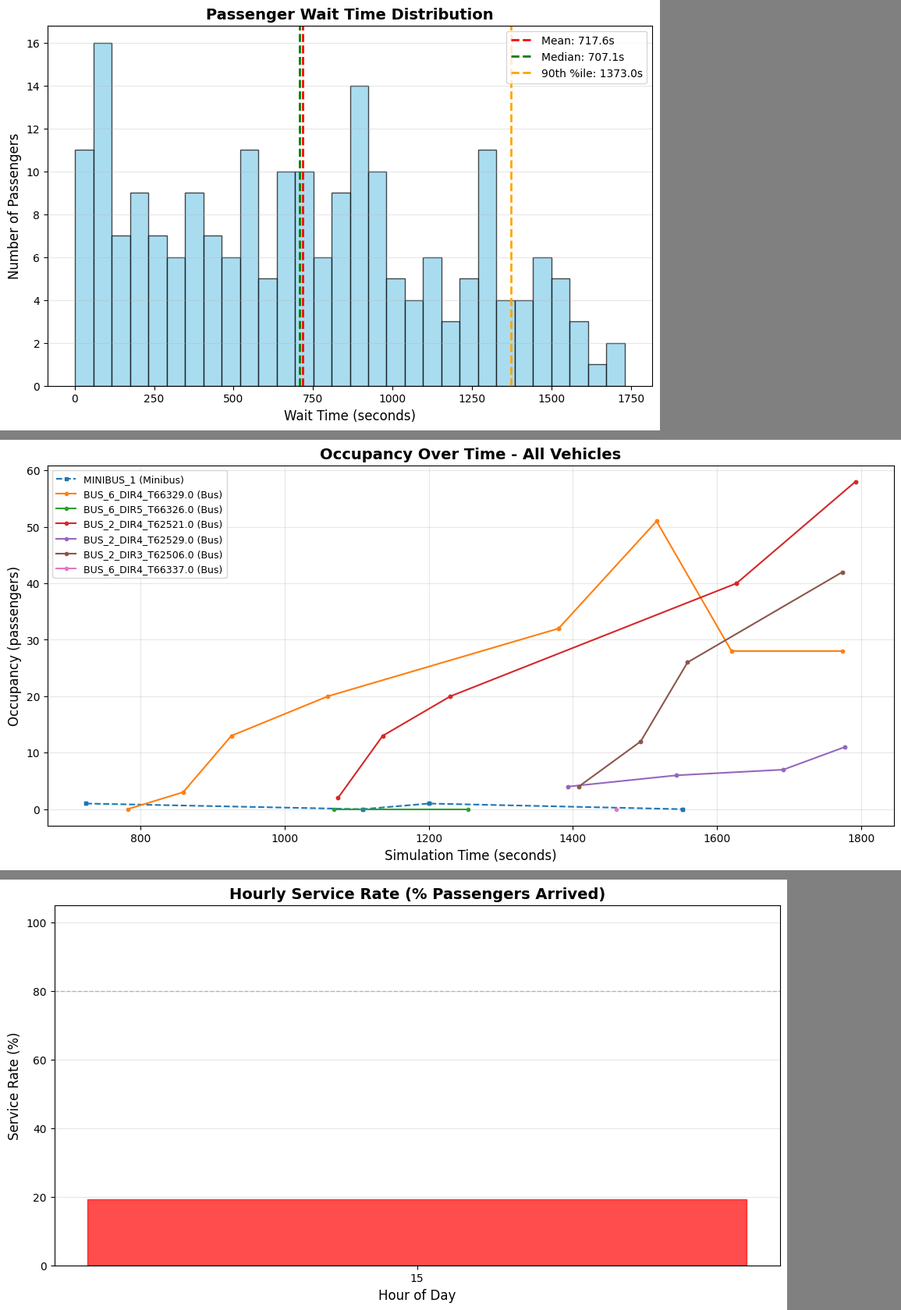
Repository: Jingren-Tang/Minibus_simulation
Script's output: python main.py
An editor plug-in stored every save of this project. The script's output is shown before and after the next save, followed by the edit.
The pictures are shown at 78% of full size.
Each picture stacks the figures in order, with grey between them; figures that are only written to a file come last. Random numbers start from a fixed seed. It also reads data/od_matrix.npy, data/travel_time_matrix.npy.

Above is the script's output before, as saved 2025-12-22 21:30:13.

### main.py
"""
Traffic Simulation System - Main Entry Point

This module serves as the main entry point for the traffic simulation system.
It handles configuration loading, engine initialization, and simulation execution.
"""

import sys
import logging
import argparse
from datetime import datetime, timedelta
import time
import os

from simulation.engine import SimulationEngine
import config


def setup_logging(log_level=None, log_file=None):
    """
    Configure the logging system with both file and console handlers.

    Args:
        log_level: Override log level from config
        log_file: Override log file path from config
    """
    level = log_level or config.LOG_LEVEL
    file_path = log_file or config.LOG_FILE

    # Create formatters
    formatter = logging.Formatter(
        '[%(asctime)s] [%(levelname)s] [%(name)s] - %(message)s',
        datefmt='%Y-%m-%d %H:%M:%S'
    )

    # Configure root logger
    logger = logging.getLogger()
    logger.setLevel(level)

    # Remove existing handlers
    logger.handlers = []

    # Console handler
    console_handler = logging.StreamHandler(sys.stdout)
    console_handler.setFormatter(formatter)
    logger.addHandler(console_handler)

    # File handler
    try:
        file_handler = logging.FileHandler(file_path, mode='a', encoding='utf-8')
        file_handler.setFormatter(formatter)
        logger.addHandler(file_handler)
    except Exception as e:
        logger.warning(f"Failed to create log file handler: {e}")


def parse_arguments():
    """
    Parse command line arguments.

    Returns:
        argparse.Namespace: Parsed arguments
    """
    parser = argparse.ArgumentParser(
        description='Traffic Simulation System',
        formatter_class=argparse.RawDescriptionHelpFormatter
    )

    parser.add_argument(
        '--config',
        type=str,
        help='Path to configuration file (optional, defaults to config.py)'
    )

    parser.add_argument(
        '--output-dir',
        type=str,
        help='Output directory for simulation results (overrides config)'
    )

    parser.add_argument(
        '--log-level',
        type=str,
        choices=['DEBUG', 'INFO', 'WARNING', 'ERROR', 'CRITICAL'],
        help='Logging level (overrides config)'
    )

    parser.add_argument(
        '--start-time',
        type=str,
        help='Simulation start time in format HH:MM:SS (overrides config)'
    )

    parser.add_argument(
        '--end-time',
        type=str,
        help='Simulation end time in format HH:MM:SS (overrides config)'
    )

    parser.add_argument(
        '--date',
        type=str,
        help='Simulation date in format YYYY-MM-DD (overrides config)'
    )

    return parser.parse_args()


def build_config_dict(cmd_overrides):
    """
    Build configuration dictionary from config module and command line overrides.

    Args:
        cmd_overrides: Dictionary containing command line parameter overrides

    Returns:
        dict: Complete configuration dictionary
    """
    # Start with the configuration from config.py
    config_dict = config.get_config()

    # Apply command line overrides
    if 'output_dir' in cmd_overrides:
        config_dict['output_dir'] = cmd_overrides['output_dir']

    if 'start_time' in cmd_overrides:
        config_dict['simulation_start_time'] = cmd_overrides['start_time']

    if 'end_time' in cmd_overrides:
        config_dict['simulation_end_time'] = cmd_overrides['end_time']

    if 'date' in cmd_overrides:
        config_dict['simulation_date'] = cmd_overrides['date']

    return config_dict


def validate_config(config_dict):
    """
    Validate the simulation configuration.

    Args:
        config_dict: Configuration dictionary

    Returns:
        bool: True if valid, False otherwise
    """
    logger = logging.getLogger(__name__)

    # Check required fields
    required_fields = ['simulation_start_time', 'simulation_end_time', 'simulation_date']
    for field in required_fields:
        if field not in config_dict:
            logger.error(f"Missing required configuration field: {field}")
            return False

    # Validate time range
    start_time_str = config_dict['simulation_start_time']
    end_time_str = config_dict['simulation_end_time']
    date_str = config_dict['simulation_date']

    try:
        # Parse times
        start_time = datetime.strptime(f"{date_str} {start_time_str}", '%Y-%m-%d %H:%M:%S')
        end_time = datetime.strptime(f"{date_str} {end_time_str}", '%Y-%m-%d %H:%M:%S')

        if start_time >= end_time:
            logger.error("Start time must be before end time")
            return False
    except ValueError as e:
        logger.error(f"Invalid time format: {e}")
        return False

    # Run config module validation
    if not config.validate_config():
        logger.error("Configuration validation failed")
        return False

    return True


def print_welcome():
    """Print welcome banner."""
    print("=" * 60)
    print("    Traffic Simulation System")
    print("=" * 60)
    print()


def print_config_summary(config_dict):
    """
    Print configuration summary.

    Args:
        config_dict: Configuration dictionary
    """
    logger = logging.getLogger(__name__)

    logger.info("Configuration Summary:")
    logger.info(f"  Simulation Date: {config_dict['simulation_date']}")
    logger.info(f"  Start Time: {config_dict['simulation_start_time']}")
    logger.info(f"  End Time: {config_dict['simulation_end_time']}")
    logger.info(f"  Number of Buses: {config_dict['num_buses']}")
    logger.info(f"  Bus Capacity: {config_dict['bus_capacity']}")
    logger.info(f"  Number of Minibuses: {config_dict['num_minibuses']}")
    logger.info(f"  Minibus Capacity: {config_dict['minibus_capacity']}")
    logger.info(f"  Optimization Interval: {config_dict['optimization_interval']}s")
    logger.info(f"  Output Directory: {config_dict['output_dir']}")
    logger.info(f"  Log Level: {logging.getLevelName(logger.getEffectiveLevel())}")
    print()


def main():
    """
    Main entry point for the traffic simulation system.

    Returns:
        int: Exit code (0 for success, 1 for failure)
    """
    # Record start time
    real_start_time = time.time()

    try:
        # Parse command line arguments
        args = parse_arguments()

        # Setup logging
        log_level = getattr(logging, args.log_level) if args.log_level else None
        setup_logging(log_level=log_level)

        logger = logging.getLogger(__name__)

        # Print welcome message
        print_welcome()

        # Build command line overrides dictionary
        cmd_overrides = {}

        if args.output_dir:
            cmd_overrides['output_dir'] = args.output_dir

        if args.start_time:
            # Validate time format HH:MM:SS
            try:
                datetime.strptime(args.start_time, '%H:%M:%S')
                cmd_overrides['start_time'] = args.start_time
            except ValueError:
                logger.error(f"Invalid start time format: {args.start_time} (expected HH:MM:SS)")
                return 1

        if args.end_time:
            # Validate time format HH:MM:SS
            try:
                datetime.strptime(args.end_time, '%H:%M:%S')
                cmd_overrides['end_time'] = args.end_time
            except ValueError:
                logger.error(f"Invalid end time format: {args.end_time} (expected HH:MM:SS)")
                return 1

        if args.date:
            # Validate date format YYYY-MM-DD
            try:
                datetime.strptime(args.date, '%Y-%m-%d')
                cmd_overrides['date'] = args.date
            except ValueError:
                logger.error(f"Invalid date format: {args.date} (expected YYYY-MM-DD)")
                return 1

        # Build complete configuration dictionary
        logger.info("Building configuration...")
        config_dict = build_config_dict(cmd_overrides)

        # Log any overrides applied
        if cmd_overrides:
            logger.info("Applied configuration overrides:")
            for key, value in cmd_overrides.items():
                logger.info(f"  {key} = {value}")

        # Validate configuration
        if not validate_config(config_dict):
            logger.error("Configuration validation failed")
            return 1

        # Print configuration summary
        print_config_summary(config_dict)

        # Log simulation start
        logger.info("=" * 60)
        logger.info("Starting traffic simulation...")
        logger.info(f"Real start time: {datetime.now().strftime('%Y-%m-%d %H:%M:%S')}")
        logger.info("=" * 60)

        # Create and initialize simulation engine
        # Pass the configuration dictionary to SimulationEngine
        logger.info("Initializing simulation engine...")
        engine = SimulationEngine(config_dict)

        # Initialize the engine
        engine.initialize()
        logger.info("Simulation engine initialized successfully")

        # Run the simulation
        logger.info("Running simulation...")
        engine.run()

        # Calculate and log execution time
        real_end_time = time.time()
        total_time = real_end_time - real_start_time

        logger.info("=" * 60)
        logger.info("Simulation completed successfully!")
        logger.info(f"Real end time: {datetime.now().strftime('%Y-%m-%d %H:%M:%S')}")
        logger.info(f"Total execution time: {total_time:.2f} seconds ({total_time/60:.2f} minutes)")
        logger.info("=" * 60)

        print()
        print("=" * 60)
        print(f"✓ Simulation completed successfully!")
        print(f"  Total execution time: {total_time:.2f} seconds")
        print("=" * 60)

        return 0

    except KeyboardInterrupt:
        logger = logging.getLogger(__name__)
        logger.warning("\nSimulation interrupted by user")
        print("\n⚠ Simulation interrupted by user")
        return 1

    except Exception as e:
        logger = logging.getLogger(__name__)
        logger.exception(f"Fatal error during simulation: {e}")
        print(f"\n✗ Fatal error: {e}")
        print("  Check log file for details")
        return 1

    finally:
        # Log final message
        try:
            logger = logging.getLogger(__name__)
            logger.info("Simulation system shutdown")
        except:
            pass


if __name__ == "__main__":
    sys.exit(main())

### config.py
"""
Configuration module for the mixed traffic simulation system.

This module contains all configurable parameters for the simulation,
including time settings, file paths, vehicle configurations, and optimization settings.
All parameters can be modified here without changing the core simulation code.


Config to change: SIMULATION_START_TIME, SIMULATION_END_TIME, STATIONS_FILE, TRAVEL_TIME_MATRIX_FILE,
MATRIX_METADATA_FILE, BUS_SCHEDULE_FILE(data or data)
ENABLE_MINIBUS, MINIBUS_INITIAL_LOCATIONS,
OPTIMIZER_TYPE
PASSENGER_GENERATION_METHOD: "test" or "od_matrix"

"""

import os
from typing import Dict, Any


# ============================================================================
# TIME SETTINGS
# ============================================================================

# Simulation start time in HH:MM:SS format
SIMULATION_START_TIME = "15:00:00"

# Simulation end time in HH:MM:SS format
SIMULATION_END_TIME = "15:30:00"

# Simulation date in YYYY-MM-DD format
SIMULATION_DATE = "2024-07-25"


# ============================================================================
# DATA FILE PATHS
# ============================================================================

# Path to the stations definition file (JSON format)
STATIONS_FILE = "data/stations.json"

# Path to the travel time matrix (NumPy binary format)
TRAVEL_TIME_MATRIX_FILE = "data/travel_time_matrix.npy"

# Path to the matrix metadata file (JSON format)
MATRIX_METADATA_FILE = "data/matrix_metadata.json"

# Path to the bus schedule file (CSV format)
BUS_SCHEDULE_FILE = "data/bus_schedule.csv"


# ============================================================================
# VEHICLE SETTINGS
# ============================================================================

# Number of buses in the system (loaded from CSV, this is for reference only)
NUM_BUSES = 20

# Maximum passenger capacity for each bus
BUS_CAPACITY = 80

ENABLE_MINIBUS = True

# Number of minibuses in the system
NUM_MINIBUSES = 1

# Maximum passenger capacity for each minibus
MINIBUS_CAPACITY = 6

# Initial station locations for minibuses (must match station IDs)
MINIBUS_INITIAL_LOCATIONS = ["8592374"]  # Can also be "random"


# ============================================================================
# OPTIMIZER SETTINGS (for Phase 4)
# ============================================================================

# Time interval (in seconds) between optimizer calls
OPTIMIZATION_INTERVAL = 300

# ['dummy', 'external_program', 'python_module']
OPTIMIZER_TYPE = 'dummy'  # 'dummy' optimizer does nothing

# Configuration dictionary for the optimizer


OPTIMIZER_CONFIG = {
    'module_name': 'optimizer.greedy_insertion',
    'function_name': 'greedy_insert_optimize',
    'max_waiting_time': 600.0,
    'max_detour_time': 300.0,
}

# ============================================================================
# PASSENGER SETTINGS
# ============================================================================

# Maximum time (in seconds) a passenger will wait before abandoning the trip
# Default: 900 seconds = 15 minutes
PASSENGER_MAX_WAIT_TIME = 9000.0


# ============================================================================
# OUTPUT SETTINGS
# ============================================================================

# Directory where simulation results will be saved
OUTPUT_DIR = "data/results/"

# Name of the log file
LOG_FILE = "simulation.log"

# Logging level: DEBUG, INFO, WARNING, ERROR, CRITICAL
LOG_LEVEL = "INFO"

# Whether to save detailed logs (may impact performance)
SAVE_DETAILED_LOGS = True

# OD MATRIX SETTINGS
OD_MATRIX_FILE = "data/od_matrix.npy"
OD_METADATA_FILE = "data/od_metadata.json"

# Passenger generation method: "test", "od_matrix", "file"
PASSENGER_GENERATION_METHOD = "od_matrix"

# ============================================================================
# OTHER SETTINGS
# ============================================================================

# Random seed for reproducibility (set to None for non-deterministic behavior)
RANDOM_SEED = 42


# ============================================================================
# UTILITY FUNCTIONS
# ============================================================================

def get_config() -> Dict[str, Any]:
    """
    Package all configuration parameters into a dictionary.

    Returns:
        Dict[str, Any]: Dictionary containing all configuration parameters
    """
    config = {
        # Time settings
        "simulation_start_time": SIMULATION_START_TIME,
        "simulation_end_time": SIMULATION_END_TIME,
        "simulation_date": SIMULATION_DATE,

        # Data file paths
        "stations_file": STATIONS_FILE,
        "travel_time_matrix": TRAVEL_TIME_MATRIX_FILE,
        "matrix_metadata": MATRIX_METADATA_FILE,
        "bus_schedule_file": BUS_SCHEDULE_FILE,  # 改回 bus_schedule_file

        # Vehicle settings
        "num_buses": NUM_BUSES,
        "bus_capacity": BUS_CAPACITY,
        "enable_minibus": ENABLE_MINIBUS,
        "num_minibuses": NUM_MINIBUSES,
        "minibus_capacity": MINIBUS_CAPACITY,
        "minibus_initial_locations": MINIBUS_INITIAL_LOCATIONS,

        # Optimizer settings

        "optimization_interval": OPTIMIZATION_INTERVAL,
        "optimizer_type": OPTIMIZER_TYPE,
        "optimizer_config": OPTIMIZER_CONFIG,

        # Passenger settings
        "passenger_max_wait_time": PASSENGER_MAX_WAIT_TIME,


        # Output settings
        "output_dir": OUTPUT_DIR,
        "log_file": LOG_FILE,
        "log_level": LOG_LEVEL,
        "save_detailed_logs": SAVE_DETAILED_LOGS,

        # OD matrix settings
        "od_matrix_file": OD_MATRIX_FILE,
        "od_metadata_file": OD_METADATA_FILE,
        "passenger_generation_method": PASSENGER_GENERATION_METHOD,

        # Other settings
        "random_seed": RANDOM_SEED
    }

    return config


def validate_config() -> bool:
    """
    Validate the configuration parameters.

    Checks:
    - Required data files exist
    - Output directory is writable
    - Parameter values are within valid ranges
    - Initial minibus locations match the number of minibuses

    Returns:
        bool: True if configuration is valid, False otherwise
    """
    valid = True

    # Check if required data files exist
    required_files = [
        STATIONS_FILE,
        TRAVEL_TIME_MATRIX_FILE,
        MATRIX_METADATA_FILE,
        BUS_SCHEDULE_FILE
    ]

    for file_path in required_files:
        if not os.path.exists(file_path):
            print(f"Warning: Required file not found: {file_path}")
            valid = False

    # Check if output directory exists, create if it doesn't
    if not os.path.exists(OUTPUT_DIR):
        try:
            os.makedirs(OUTPUT_DIR)
            print(f"Created output directory: {OUTPUT_DIR}")
        except Exception as e:
            print(f"Error: Cannot create output directory {OUTPUT_DIR}: {e}")
            valid = False

    # Validate vehicle capacity values
    if BUS_CAPACITY <= 0:
        print("Error: BUS_CAPACITY must be positive")
        valid = False

    if MINIBUS_CAPACITY <= 0:
        print("Error: MINIBUS_CAPACITY must be positive")
        valid = False


    # Validate number of minibuses matches initial locations (only if it's a list)
    if isinstance(MINIBUS_INITIAL_LOCATIONS, list):
        if len(MINIBUS_INITIAL_LOCATIONS) != NUM_MINIBUSES:
            print(f"Warning: Number of initial minibus locations ({len(MINIBUS_INITIAL_LOCATIONS)}) "
                f"does not match NUM_MINIBUSES ({NUM_MINIBUSES})")
            valid = False
    elif MINIBUS_INITIAL_LOCATIONS != "random":
        print(f"Error: MINIBUS_INITIAL_LOCATIONS must be a list or 'random', "
            f"got {MINIBUS_INITIAL_LOCATIONS}")
        valid = False

    # Validate time format (basic check)
    time_fields = [SIMULATION_START_TIME, SIMULATION_END_TIME]
    for time_str in time_fields:
        parts = time_str.split(":")
        if len(parts) != 3:
            print(f"Error: Invalid time format: {time_str} (expected HH:MM:SS)")
            valid = False

    # Validate date format (basic check)
    date_parts = SIMULATION_DATE.split("-")
    if len(date_parts) != 3:
        print(f"Error: Invalid date format: {SIMULATION_DATE} (expected YYYY-MM-DD)")
        valid = False

    # Validate optimization interval
    if OPTIMIZATION_INTERVAL <= 0:
        print("Error: OPTIMIZATION_INTERVAL must be positive")
        valid = False

    # Validate passenger max wait time
    if PASSENGER_MAX_WAIT_TIME <= 0:
        print("Error: PASSENGER_MAX_WAIT_TIME must be positive")
        valid = False

    # Validate log level
    valid_log_levels = ["DEBUG", "INFO", "WARNING", "ERROR", "CRITICAL"]
    if LOG_LEVEL not in valid_log_levels:
        print(f"Error: Invalid LOG_LEVEL: {LOG_LEVEL} (must be one of {valid_log_levels})")
        valid = False

    if valid:
        print("Configuration validation passed")
    else:
        print("Configuration validation failed")

    return valid


# ============================================================================
# MODULE TEST
# ============================================================================

if __name__ == "__main__":
    print("=== Configuration Module Test ===\n")

    print("Current Configuration:")
    config = get_config()
    for key, value in config.items():
        print(f"  {key}: {value}")

    print("\n" + "="*50 + "\n")

    print("Validating configuration...")
    is_valid = validate_config()

    print(f"\nConfiguration is {'valid' if is_valid else 'invalid'}")

Loaded but not shown: data/stations.json (202 lines, source omitted); data/matrix_metadata.json (63 lines, source omitted); data/od_metadata.json (31 lines, source omitted); data/bus_schedule.csv (1366 lines, source omitted); simulation/engine.py (1388 lines, source omitted); utils/statistics.py (1249 lines, source omitted); optimizer/route_optimizer.py (927 lines, source omitted); vehicles/minibus.py (617 lines, source omitted); network/travel_time_manager.py (478 lines, source omitted); vehicles/bus.py (452 lines, source omitted); network/network.py (404 lines, source omitted); demand/passenger.py (380 lines, source omitted); network/station.py (314 lines, source omitted); demand/od_matrix.py (286 lines, source omitted); simulation/event.py (123 lines, source omitted)

After the next save:
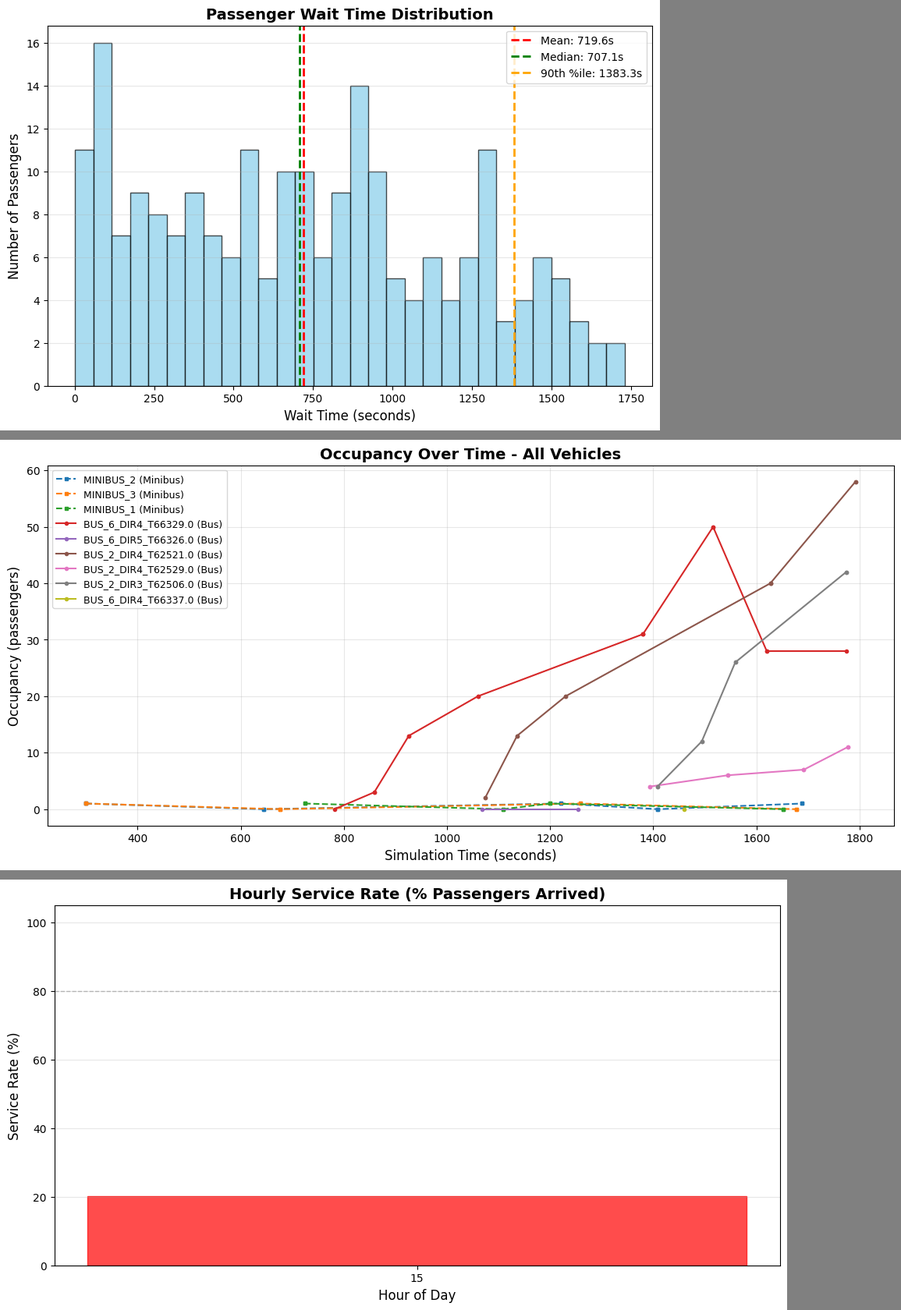
Saved 12 s later.
--- a/config.py
+++ b/config.py
@@ -62,13 +62,13 @@ BUS_CAPACITY = 80
 ENABLE_MINIBUS = True
 
 # Number of minibuses in the system
-NUM_MINIBUSES = 1
+NUM_MINIBUSES = 3
 
 # Maximum passenger capacity for each minibus
 MINIBUS_CAPACITY = 6
 
 # Initial station locations for minibuses (must match station IDs)
-MINIBUS_INITIAL_LOCATIONS = ["8592374"]  # Can also be "random"
+MINIBUS_INITIAL_LOCATIONS = ["8592374","8592374","8592374"]  # Can also be "random"
 
 
 # ============================================================================
